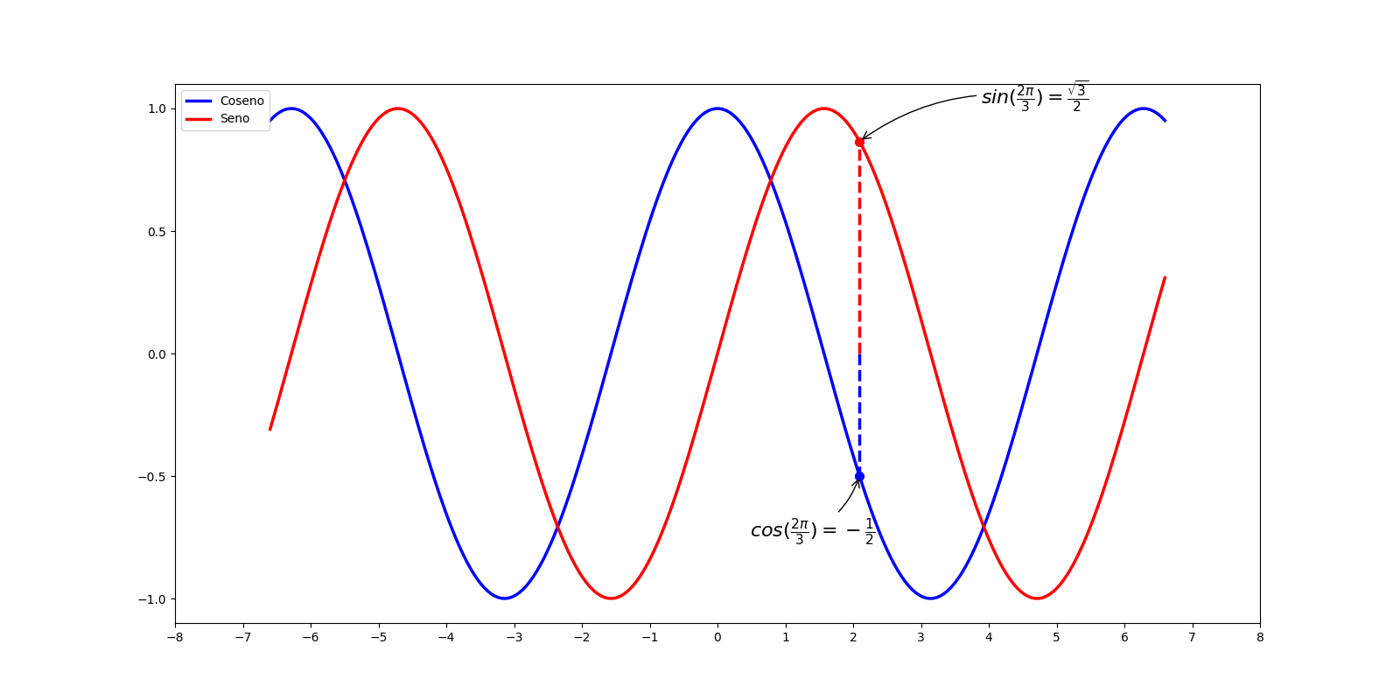
Repository: Jaamunozr/Archivos-python
Script's output: python Archivos Python/Graficas/ejecutable.py
An editor plug-in stored every save of this project. The script's output is shown before and after the next save, followed by the edit.
Figures wider than 1,400 px are first shrunk to that width. Animations are shown at an early frame. Random numbers start from a fixed seed.

Above is the script's output before, as saved 2020-02-16 21:47:23.

### Archivos Python/Graficas/ejecutable.py
import pylab as pl
import numpy as np

# Crear una figura de 8x6 puntos de tamaño, 80 puntos por pulgada (Se modifica a 16x8)
pl.figure(figsize=(16, 8), dpi=100)

# Crear una nueva subgráfica en una rejilla de 1x1 (se podrian crean una de dos graficas en una reijlla)
pl.subplot(1, 1, 1)
# Obtencion de datos para seno y coseno (Desde -2pi hasta 2pi)
X = np.linspace(-2.1*np.pi, 2.1*np.pi, 256, endpoint=True) #el numero 256 es la cantidad de datos en ese intervalo
C, S = np.cos(X), np.sin(X)

# Graficar la función coseno con una línea continua azul de 1 pixel de grosor
pl.plot(X, C, color="blue", linewidth=1.0, linestyle="-")

# Graficar la función seno con una línea continua verde de 1 pixel de grosor
pl.plot(X, S, color="green", linewidth=1.0, linestyle="-")

# Establecer límites del eje x (Divisiones en X)
pl.xlim(-8.0, 8.0)

# Ticks en x(Impresión de intervalos, cantidad de datos mostrados en el eje)
pl.xticks(np.linspace(-8, 8, 17, endpoint=True))

# Establecer límites del eje y (Divisiones en Y)
pl.ylim(-1.0, 1.0)

# Ticks en y (Impresión de intervalos, cantidad de datos mostrados en el eje)
pl.yticks(np.linspace(-1, 1, 5, endpoint=True))

'''Otra opcion de determinar los limites a imprimir
pl.xticks([-np.pi, -np.pi/2, 0, np.pi/2, np.pi])
pl.yticks([-1, 0, +1]) '''
#AGREGAR LINEAS DE EJES Y QUITAR EL RECUADRO:
'''
ax = pl.gca()
ax.spines['right'].set_color('none')
ax.spines['top'].set_color('none')
ax.xaxis.set_ticks_position('bottom')
ax.spines['bottom'].set_position(('data',0))
ax.yaxis.set_ticks_position('left')
ax.spines['left'].set_position(('data',0))'''

# Guardar la figura usando 72 puntos por pulgada
# savefig("exercice_2.png", dpi=72)

#Indicamos los espacios entre los bordes de grafica y las graficas
#pl.xlim(X.min() * 1.1, X.max() * 1.1)
pl.ylim(C.min() * 1.1, C.max() * 1.1)

#AGREGRA UNA LEYENDA
pl.plot(X, C, color="blue", linewidth=2.5, linestyle="-", label="Coseno")
pl.plot(X, S, color="red",  linewidth=2.5, linestyle="-", label="Seno")
pl.legend(loc='upper left')

#AGREGRA UNA ANOTACION EN UN PUNTO CONOCIDO
t = 2 * np.pi / 3
pl.plot([t, t], [0, np.cos(t)], color='blue', linewidth=2.5, linestyle="--")
pl.scatter([t, ], [np.cos(t), ], 50, color='blue')

pl.annotate(r'$sin(\frac{2\pi}{3})=\frac{\sqrt{3}}{2}$',
            xy=(t, np.sin(t)), xycoords='data',
            xytext=(100, +30), textcoords='offset points', fontsize=16,
            arrowprops=dict(arrowstyle="->", connectionstyle="arc3,rad=.2")) #DIRECCION DE LA FLECHA

pl.plot([t, t],[0, np.sin(t)], color='red', linewidth=2.5, linestyle="--")
pl.scatter([t, ],[np.sin(t), ], 50, color='red')

pl.annotate(r'$cos(\frac{2\pi}{3})=-\frac{1}{2}$',
            xy=(t, np.cos(t)), xycoords='data',
            xytext=(-90, -50), textcoords='offset points', fontsize=16,
            arrowprops=dict(arrowstyle="->", connectionstyle="arc3,rad=.2"))#DIRECCION DE LA FLECHA




# Mostrar resultado en pantalla (Con 2 segundos de muestreo)
pl.pause(10)

After the next save:
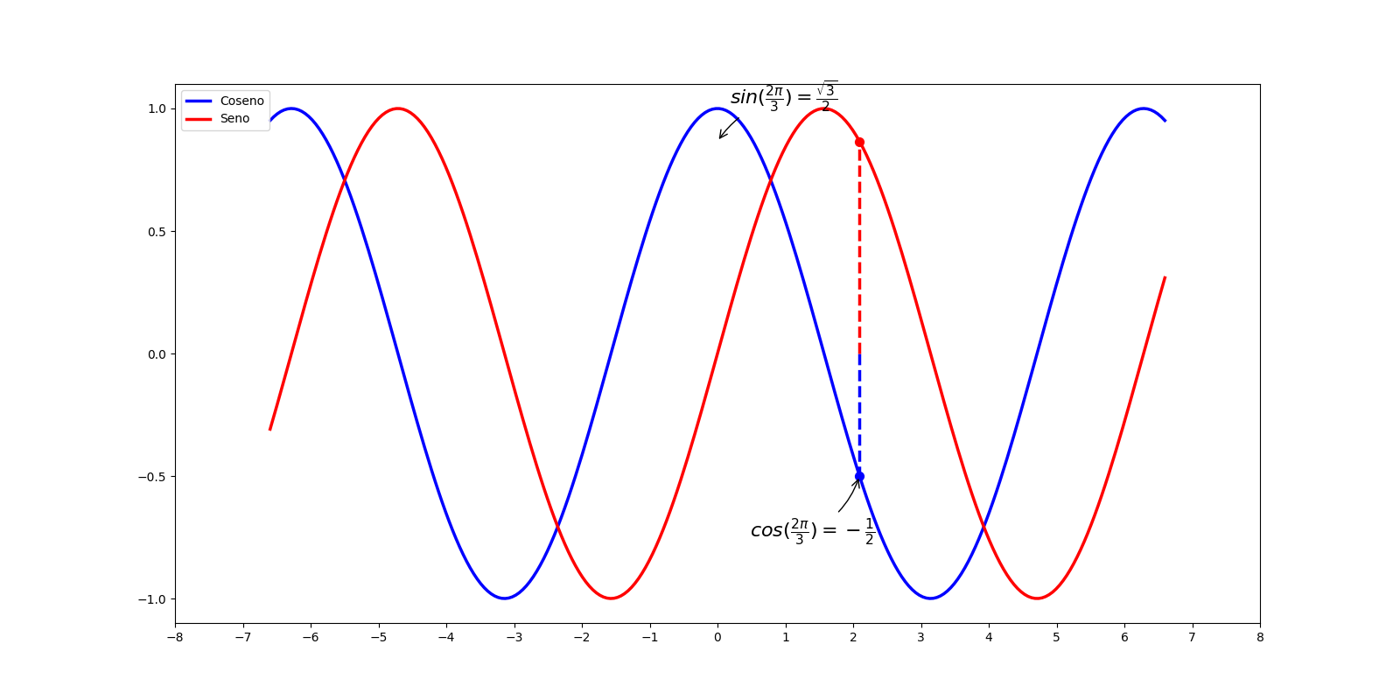
Saved 3 min 12 s later.
--- a/Archivos Python/Graficas/ejecutable.py
+++ b/Archivos Python/Graficas/ejecutable.py
@@ -55,17 +55,16 @@ pl.legend(loc='upper left')
 
 #AGREGRA UNA ANOTACION EN UN PUNTO CONOCIDO
 t = 2 * np.pi / 3
+#Para coseno
 pl.plot([t, t], [0, np.cos(t)], color='blue', linewidth=2.5, linestyle="--")
 pl.scatter([t, ], [np.cos(t), ], 50, color='blue')
-
-pl.annotate(r'$sin(\frac{2\pi}{3})=\frac{\sqrt{3}}{2}$',
-            xy=(t, np.sin(t)), xycoords='data',
-            xytext=(100, +30), textcoords='offset points', fontsize=16,
+pl.annotate(r'$sin(\frac{2\pi}{3})=\frac{\sqrt{3}}{2}$',#DATOS A IMPRIMIR DEL TEXTO
+            xy=(0, np.sin(t)), xycoords='data',
+            xytext=(+10, +30), textcoords='offset points', fontsize=16,#INDICAN POSICION DEL TEXTO
             arrowprops=dict(arrowstyle="->", connectionstyle="arc3,rad=.2")) #DIRECCION DE LA FLECHA
-
+#Para seno
 pl.plot([t, t],[0, np.sin(t)], color='red', linewidth=2.5, linestyle="--")
 pl.scatter([t, ],[np.sin(t), ], 50, color='red')
-
 pl.annotate(r'$cos(\frac{2\pi}{3})=-\frac{1}{2}$',
             xy=(t, np.cos(t)), xycoords='data',
             xytext=(-90, -50), textcoords='offset points', fontsize=16,
